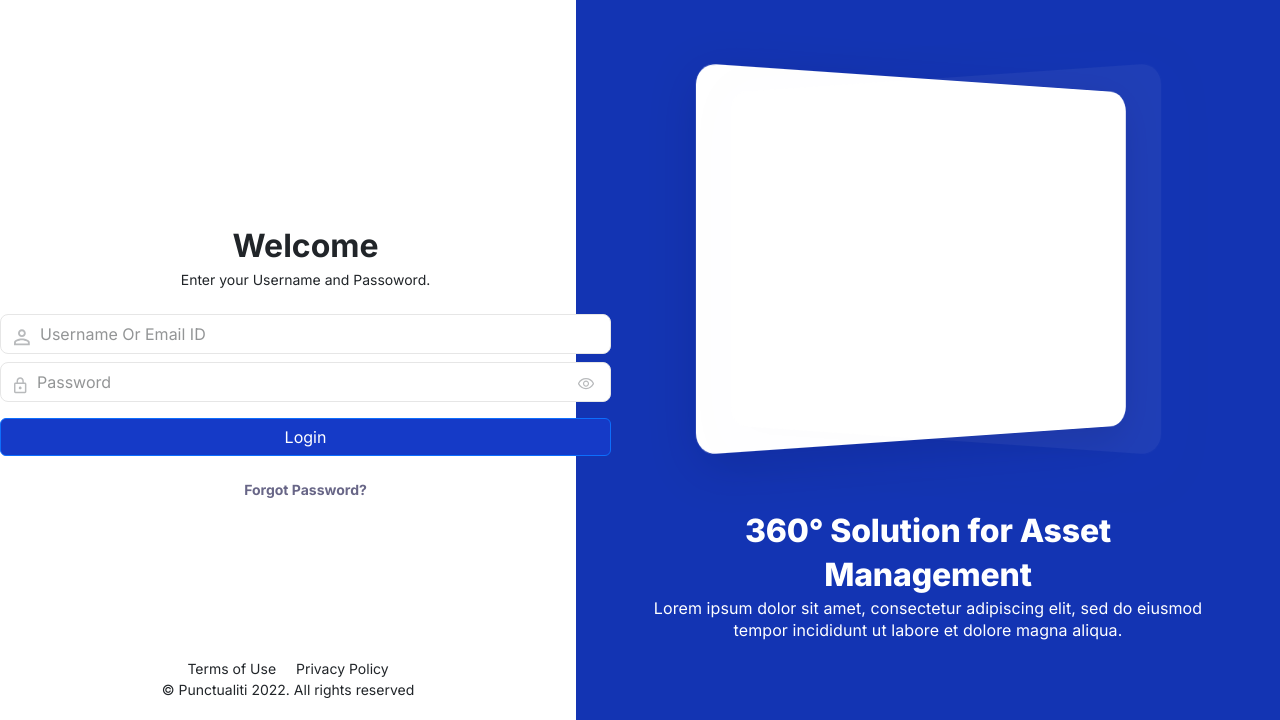
Repository: TauqeerHusain/Vouch-digital
Page: /
The author's editor kept a copy of each file at every save. The page is drawn from the files as they stood at one save, then again after a run of saves.
The browser window is 1280 px wide. The pictures show the whole page.
The project was rebuilt for these pictures with package versions that can differ from the ones it lists, and the page was loaded fresh each time. Also part of the build but not shown: src/styles/Dashboard.css, src/Components/Dashboard/Aside.js, src/Components/Dashboard/Board.js, src/Components/Dashboard/index.js, src/styles/AddClintNav.css, src/Components/AddClint/AddClintNav.js, src/Components/CreateProfile/CrContent.js, src/Components/CreateProfile/index.js and 14 more.

Above is the page before, as saved 2023-03-15 15:27:21.

After the next 4 saves:
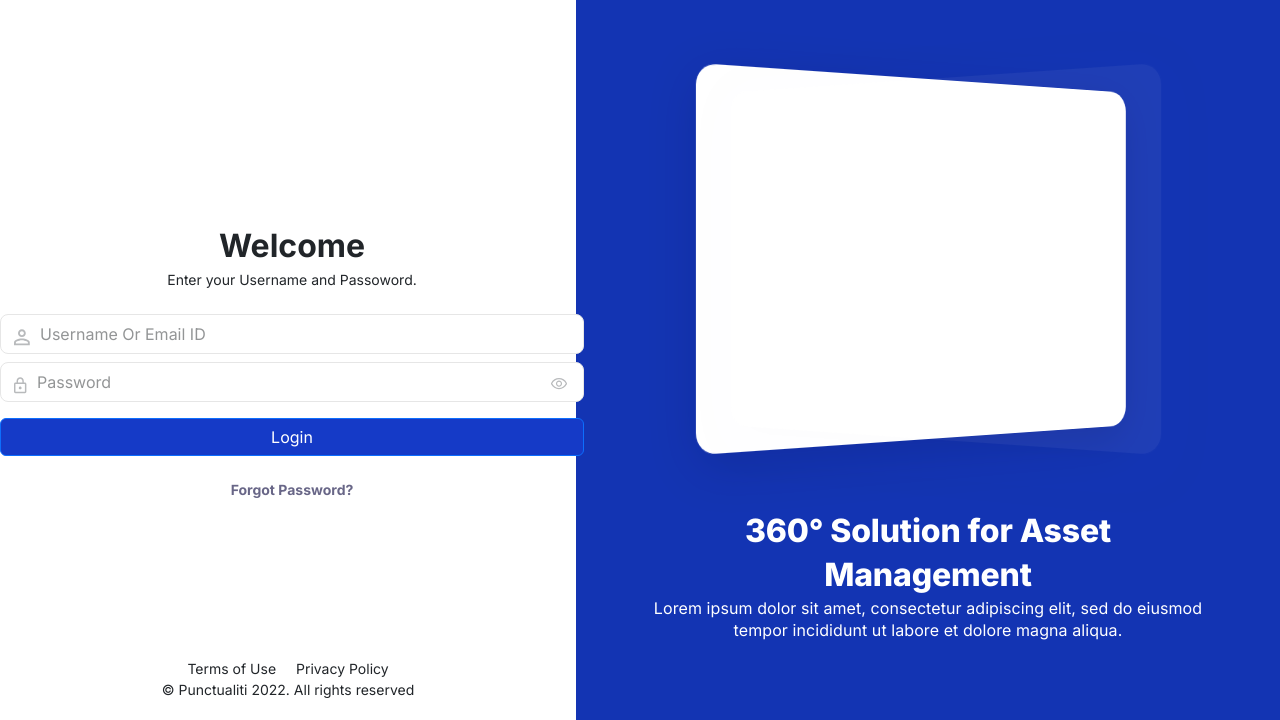
The 4 saves are shown as one change because they came seconds apart.
The last was saved 14 s later.
--- a/src/styles/LoginAct.css
+++ b/src/styles/LoginAct.css
@@ -78,7 +78,7 @@
 }
 
 .input-control {
-    width: 567px;
+    width: 540px;
 
     position: relative;
 }
